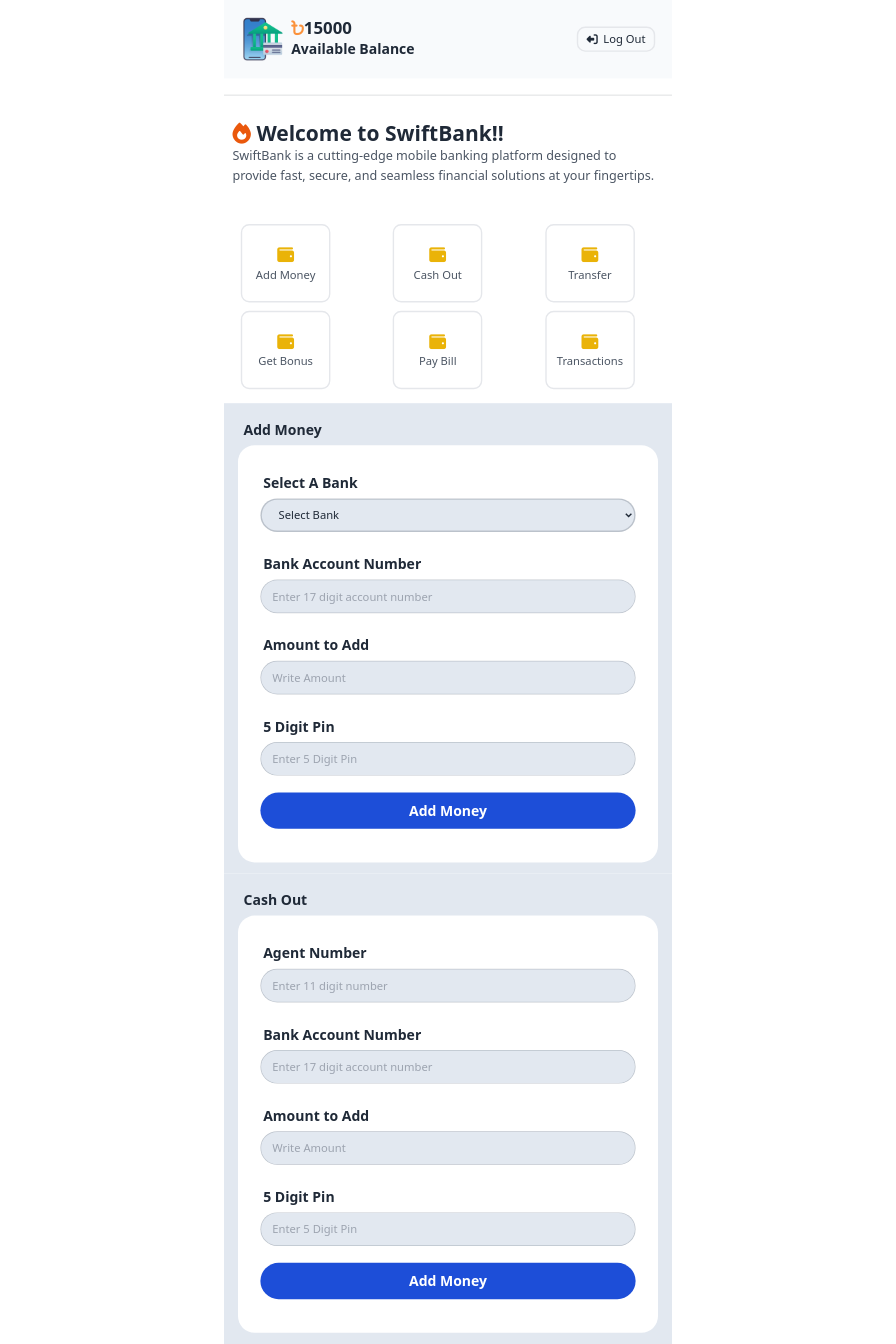
Repository: mukaddam-coder/swift-bank-mobile-banking
Page: home.html
The author's editor kept a copy of each file at every save. The page is drawn from the files as they stood at one save, then again after the next save.
The browser window is 1280 px wide. The pictures show the whole page, at 70% of full size.
Some web libraries are served in a nearby version.

Above is the page before, as saved 2024-12-13 03:50:37.

### home.html
<!DOCTYPE html>
<html lang="en">
<head>
    <meta charset="UTF-8">
    <meta name="viewport" content="width=device-width, initial-scale=1.0">
    <title>SwiftBank</title>
    <!-- Fontawesome CDN -->
    <script src="https://kit.fontawesome.com/c4e7b2ed2f.js" crossorigin="anonymous"></script>
    <!-- Google Fonts -->
    <link rel="preconnect" href="https://fonts.googleapis.com">
    <link rel="preconnect" href="https://fonts.gstatic.com" crossorigin>
    <link href="https://fonts.googleapis.com/css2?family=Montserrat:ital,wght@0,100..900;1,100..900&display=swap" rel="stylesheet">
    <!-- Tailwind + DaisyUi CDN -->
    <link href="https://cdn.jsdelivr.net/npm/daisyui@4.12.19/dist/full.min.css" rel="stylesheet" type="text/css" />
    <script src="https://cdn.tailwindcss.com"></script>

</head>
<body>

<main>
  <div class="w-1/2 mx-auto p-6 bg-slate-50 h-full flex justify-between items-center">
    <div class="flex gap-2">
        <!-- Logo -->
    <div>
    <img class="w-16 h-16" src="images/mobile-banking.png">
    </div>
    <div>
   <h2 class="text-2xl font-bold" id="main-balance">
   <i class="fa-solid fa-bangladeshi-taka-sign text-orange-400"></i>15000</h2>
   <p class="font-semibold text-xl">Available Balance</p>
</div>
</div>
<div>
<button class="border-2 w-28 px-1 py-1 rounded-xl"> <i class="fa-solid fa-right-from-bracket rotate-180 mr-2"></i>Log Out</button>
</div>
        </div>
    <div class="divider w-1/2 mx-auto"></div>
    <!-- Greetings Section -->
        <section class="w-1/2 mx-auto p-3">
            <h1 class="font-bold text-3xl"><i class="fa-solid fa-fire text-orange-600 text-3xl mr-2"></i>Welcome to SwiftBank!!</h1>
            <p class="text-gray-600 text-lg">
                SwiftBank is a cutting-edge mobile banking platform designed to provide fast, secure, and seamless financial solutions at your fingertips.
            </p>
        </section>
     <!-- User Actionable Dashboard -->

     <section class="w-1/2 mx-auto py-8 grid grid-cols-3 gap-3">

            <div class="w-32 h-28 ml-3 p-3">
                <button class="border-2 w-32 h-28 rounded-xl bg-white text-gray-600">
                    <p>
                <i class="fa-solid fa-wallet text-yellow-500 text-2xl"></i>
                    </p>
                Add Money
            </button>
                </div>
                <div class="w-32 h-28 ml-3 p-3">
                <button class="border-2 w-32 h-28 rounded-xl bg-white text-gray-600">
                    <p>
                <i class="fa-solid fa-wallet text-yellow-500 text-2xl"></i>
                    </p>
                Cash Out
            </button>
                </div>
                <div class="w-32 h-28 ml-3 p-3">
                <button class="border-2 w-32 h-28 rounded-xl bg-white text-gray-600">
                    <p>
                <i class="fa-solid fa-wallet text-2xl text-yellow-500"></i>
                    </p>
                Transfer
            </button>
                </div>
                <div class="w-32 h-28 ml-3 p-3">
                <button class="border-2 w-32 h-28 rounded-xl bg-white text-gray-600">
                    <p>
                <i class="fa-solid fa-wallet text-2xl text-yellow-500"></i>
                    </p>
                Get Bonus
            </button>
                </div>
                <div class="w-32 h-28 ml-3 p-3">
                <button class="border-2 w-32 h-28 rounded-xl bg-white text-gray-600">
                    <p>
                <i class="fa-solid fa-wallet text-2xl text-yellow-500"></i>
                    </p>
                Pay Bill
            </button>
                </div>
                <div class="w-32 h-28 ml-3 p-3">
                <button class="border-2 w-32 h-28 rounded-xl bg-white text-gray-600">
                    <p>
                <i class="fa-solid fa-wallet text-2xl text-yellow-500"></i>
                    </p>
                Transactions
            </button>
    </div>
      </section>
      <!-- Add Money Section Start -->
      <section class="w-1/2 mx-auto px-5 py-4 bg-slate-200">
        <h2 class="p-2 font-bold text-xl">Add Money</h2>
        <form class="card-body bg-white rounded-3xl">
            <div class="form-control mb-4">
              <label class="label">
                <span class="label-text font-semibold text-xl">Select A Bank</span>
              </label>
              <select id="bank"  class="input-bordered rounded-full bg-slate-200 h-12 px-5 border-2">
                <option value="Select Bank">Select Bank</option>
                <option value="AB Bank PLC">AB Bank PLC</option>
                <option value="Bangladesh Commerce Bank Limited">Bangladesh Commerce Bank Limited</option>
                <option value="Islami Bank Bangladesh PLC">Islami Bank Bangladesh PLC</option>
                <option value="Dutch-Bangla Bank PLC">Dutch-Bangla Bank PLC</option>
                <option value="Jamuna Bank Limited">Jamuna Bank Limited</option>
                <option value="Trust Bank PLC">Trust Bank PLC</option>
              </select>
              </div>

            <div class="form-control mb-4">
              <label class="label">
                <span class="label-text font-semibold text-xl">Bank Account Number</span>
              </label>
              <input id="input-bank-account-field" type="text" placeholder="Enter 17 digit account number" class="input input-bordered rounded-full bg-slate-200" required />

            </div>
            <div class="form-control mb-4">
              <label class="label">
                <span class="label-text font-semibold text-xl">Amount to Add</span>
              </label>
              <input id="input-amount-field" type="text" placeholder="Write Amount" class="input input-bordered rounded-full bg-slate-200" required />

            </div>
            <div class="form-control mb-4">
              <label class="label">
                <span class="label-text font-semibold text-xl">5 Digit Pin</span>
              </label>
              <input id="input-add-money-pin-number" type="password" placeholder="Enter 5 Digit Pin" class="input input-bordered rounded-full bg-slate-200" required />

            </div>


            <div class="form-control mb-4">
              <button id="btn-add-money" class="bg-blue-700 font-bold text-xl text-white p-3 rounded-full">Add Money</button>
            </div>
          </form>
      </section>
      <!-- Add Money Section End -->

      <!-- Cash Out Section Start -->
      <section class="w-1/2 mx-auto px-5 py-4 bg-slate-200">
        <h2 class="p-2 font-bold text-xl">Cash Out</h2>
        <form class="card-body bg-white rounded-3xl">
            <div class="form-control mb-4">
              <label class="label">
                <span class="label-text font-semibold text-xl">Agent Number</span>
              </label>
              <input type="text" placeholder="Enter 11 digit number" class="input input-bordered rounded-full bg-slate-200" required >
              </div>

            <div class="form-control mb-4">
              <label class="label">
                <span class="label-text font-semibold text-xl">Bank Account Number</span>
              </label>
              <input id="input-bank-account-field" type="text" placeholder="Enter 17 digit account number" class="input input-bordered rounded-full bg-slate-200" required />

            </div>
            <div class="form-control mb-4">
              <label class="label">
                <span class="label-text font-semibold text-xl">Amount to Add</span>
              </label>
              <input id="input-amount-field" type="text" placeholder="Write Amount" class="input input-bordered rounded-full bg-slate-200" required />

            </div>
            <div class="form-control mb-4">
              <label class="label">
                <span class="label-text font-semibold text-xl">5 Digit Pin</span>
              </label>
              <input id="input-add-money-pin-number" type="password" placeholder="Enter 5 Digit Pin" class="input input-bordered rounded-full bg-slate-200" required />

            </div>


            <div class="form-control mb-4">
              <button id="btn-add-money" class="bg-blue-700 font-bold text-xl text-white p-3 rounded-full">Add Money</button>
            </div>
          </form>
      </section>

      <!-- Cash Out Section End -->
      <script src="Jscript/utilities.js"></script>
      <script src="Jscript/add-money.js"></script>
       </main>

</body>
</html>

### Jscript/add-money.js
document.getElementById('btn-add-money').addEventListener('click', function(event){
    event.preventDefault();
   const addMoney = getInputFieldValueById('input-amount-field');
   const pinNumber = getInputFieldValueById('input-add-money-pin-number');
   const bankAccNumber = getInputFieldValueById('input-bank-account-field');
   const mainBalance = getTextFieldValueById('main-balance');

    if(isNaN(addMoney)){
        alert('Please enter a positive number to add money.');
        return;
    }

    if(addMoney <= 0 ){
        alert('Please enter a positive number to add money.')
    }

   if(pinNumber === 19945 && bankAccNumber === 20501400204694805){
        const newBalance = mainBalance + addMoney;
        document.getElementById('main-balance').innerText = newBalance;
   }
   else{
    alert('Failed to add money!Please try again.')
   }
})

Loaded but not shown: Jscript/utilities.js (no copy from this time; the picture is the same without it)

After the next save:
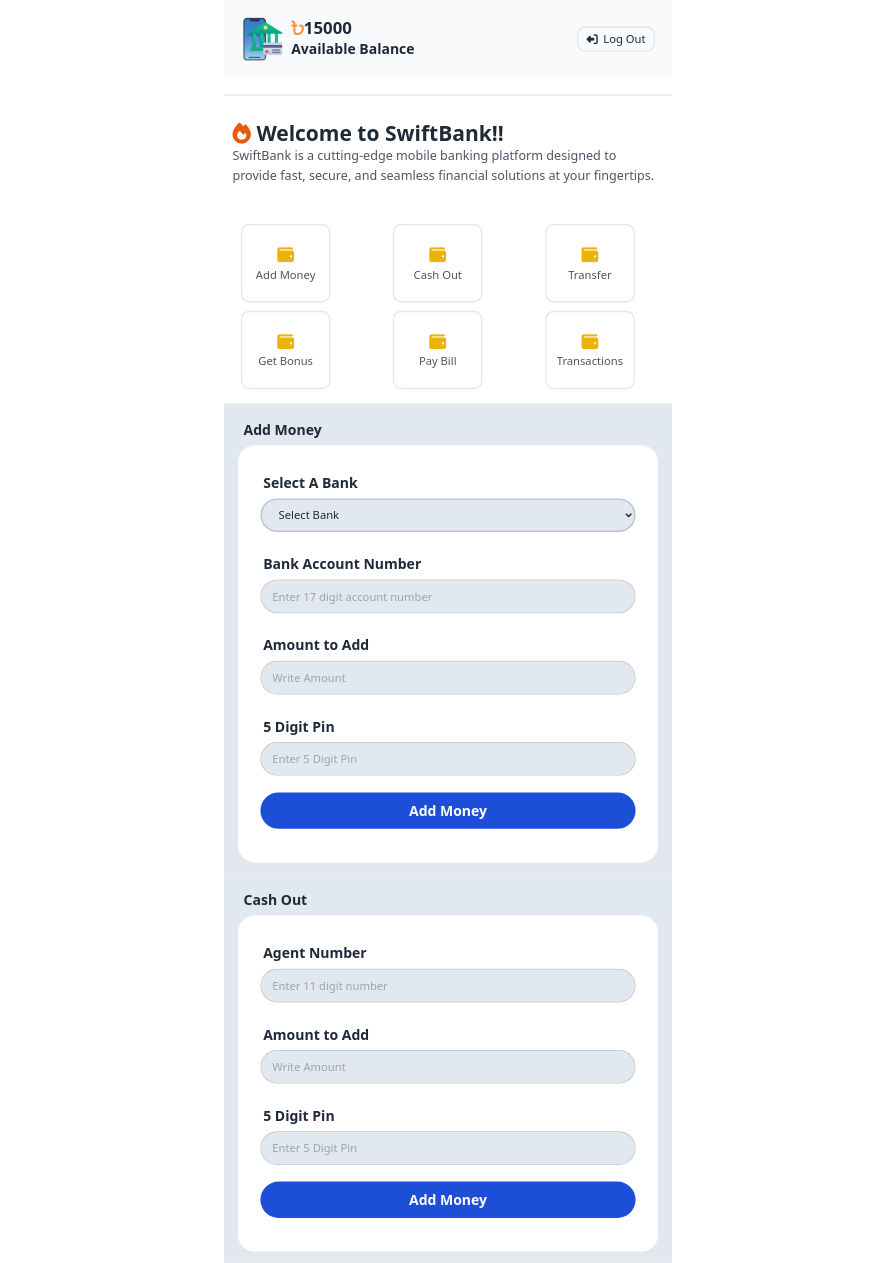
Saved 59 s later.
--- a/home.html
+++ b/home.html
@@ -154,15 +154,7 @@
               </label>
               <input type="text" placeholder="Enter 11 digit number" class="input input-bordered rounded-full bg-slate-200" required >
               </div>
-
-            <div class="form-control mb-4">
-              <label class="label">
-                <span class="label-text font-semibold text-xl">Bank Account Number</span>
-              </label>
-              <input id="input-bank-account-field" type="text" placeholder="Enter 17 digit account number" class="input input-bordered rounded-full bg-slate-200" required />
-
-            </div>
-            <div class="form-control mb-4">
+             <div class="form-control mb-4">
               <label class="label">
                 <span class="label-text font-semibold text-xl">Amount to Add</span>
               </label>
